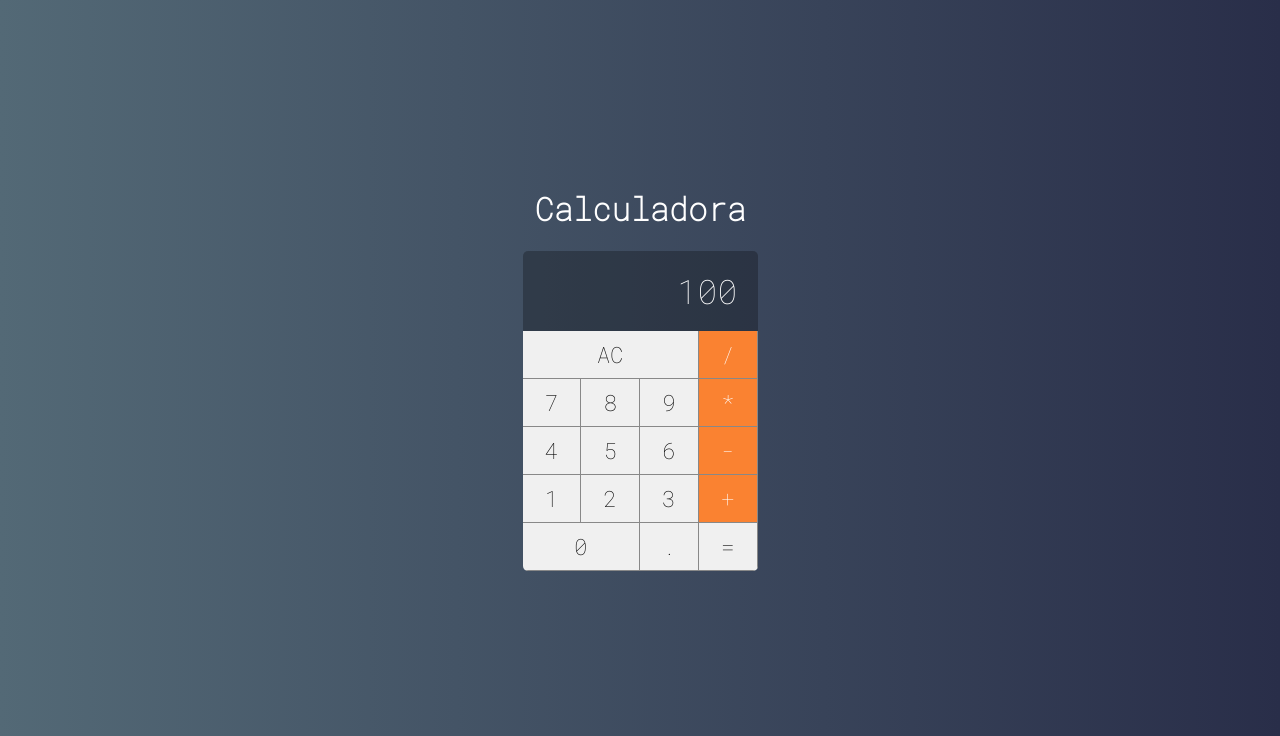
Repository: jean-siqueira/react-calculadora
Page: /
An editor plug-in stored every save of this project. The page is shown before and after the next save, followed by the edit.
The browser window is 1280 px wide. The pictures show the whole page.
The project was rebuilt for these pictures with package versions that can differ from the ones it lists, and the page was loaded fresh each time.

Above is the page before, as saved 2023-03-25 13:01:41.

After the next save:
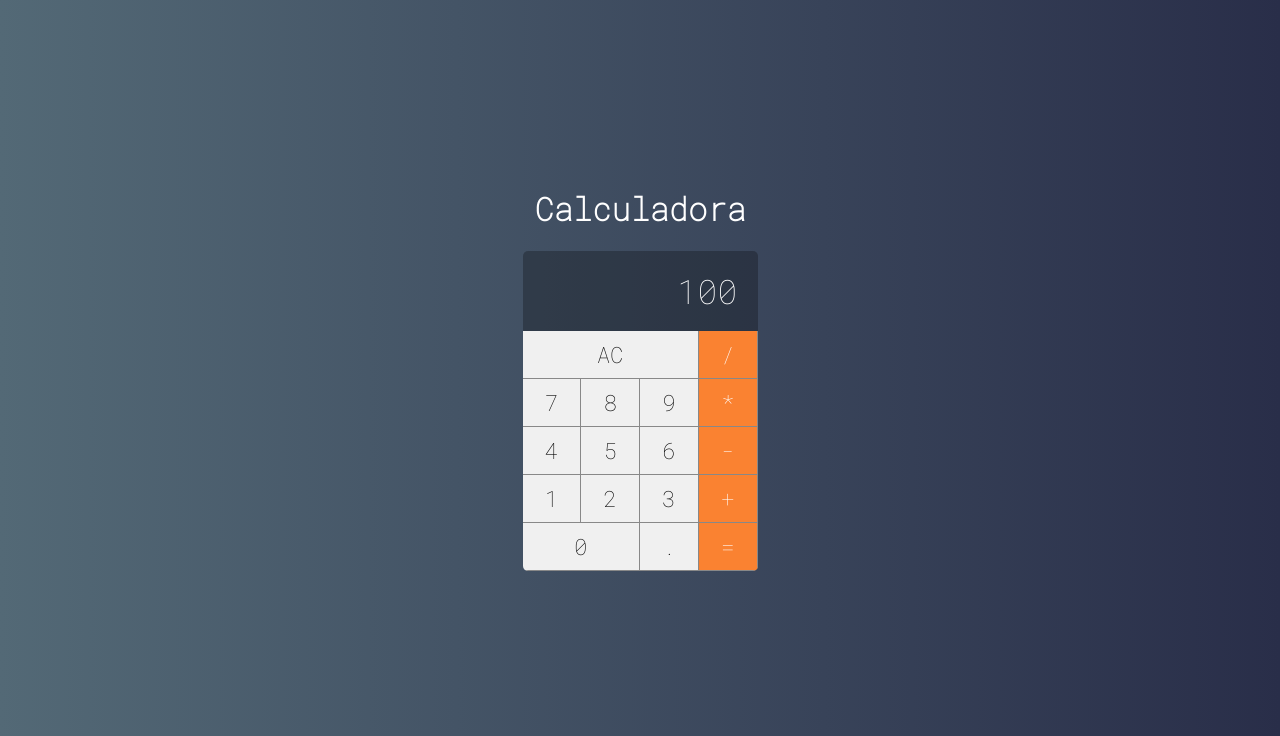
Saved 16 s later.
--- a/src/main/Calculator.jsx
+++ b/src/main/Calculator.jsx
@@ -45,7 +45,7 @@ export default class Calculator extends Component {
         <Button label="+" click={this.setOperation} operation/>
         <Button label="0" click={this.addDigit} double/>
         <Button label="." click={this.addDigit} />
-        <Button label="=" click={this.setOperation} />
+        <Button label="=" click={this.setOperation} operation/>
 
       </div>
     );
